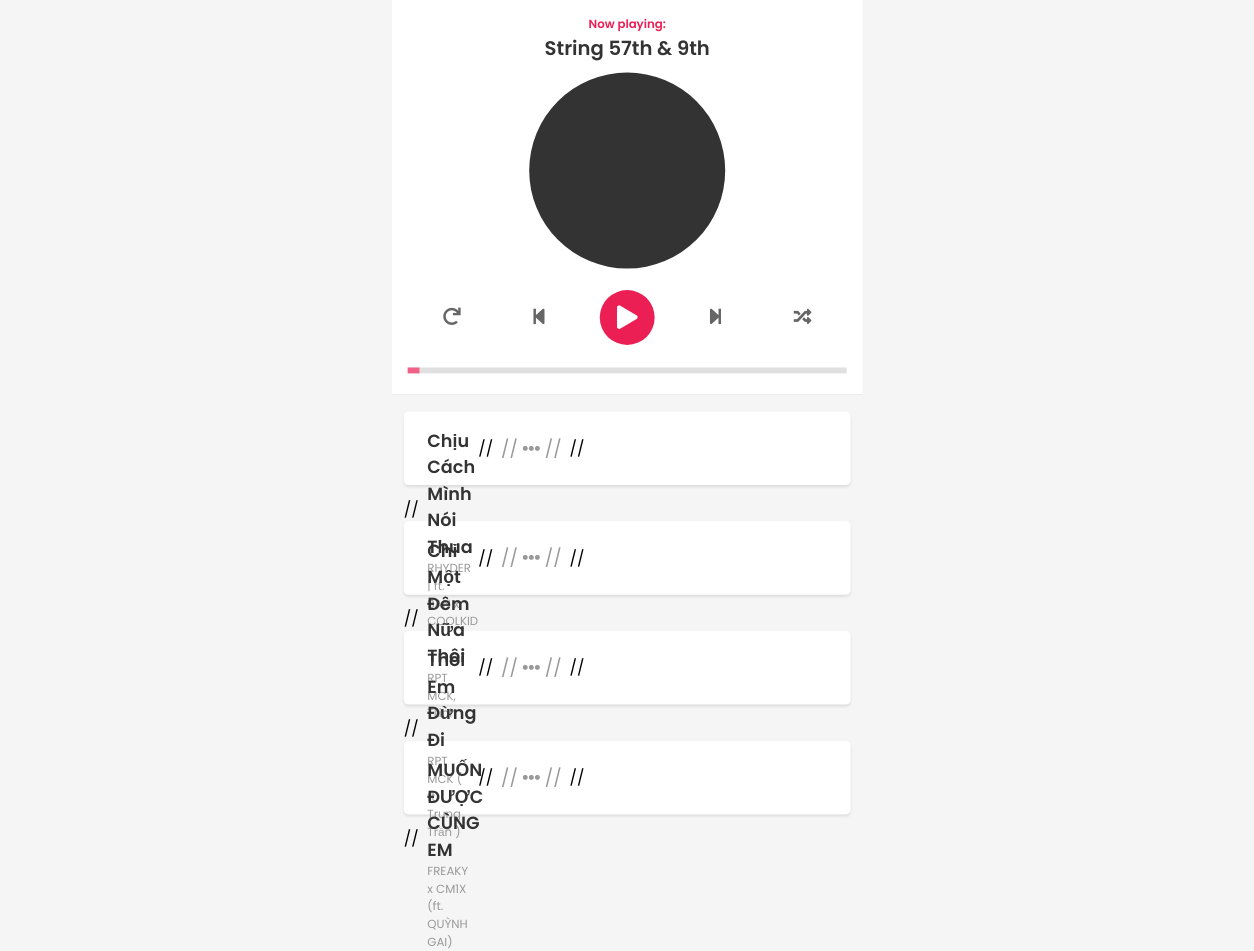
Repository: ChiNg22nd04/MusicPlayer
Page: index.html
The author's editor kept a copy of each file at every save. The page is drawn from the files as they stood at one save, then again after a run of saves.
The browser window is 1280 px wide. The pictures show the whole page, at 98% of full size.

Above is the page before, as saved 2023-12-29 22:08:37.

### index.html
<!DOCTYPE html>
<html lang="en">
<head>
    <meta charset="UTF-8">
    <meta name="viewport" content="width=device-width, initial-scale=1.0">
    <title>Music player</title>
    <link rel="stylesheet" href="https://cdnjs.cloudflare.com/ajax/libs/font-awesome/5.15.2/css/all.min.css" integrity="sha512-HK5fgLBL+xu6dm/Ii3z4xhlSUyZgTT9tuc/hSrtw6uzJOvgRr2a9jyxxT1ely+B+xFAmJKVSTbpM/CuL7qxO8w==" crossorigin="anonymous" />
    <link rel="preconnect" href="https://fonts.gstatic.com">
    <link href="https://fonts.googleapis.com/css2?family=Poppins:wght@300;400;600&display=swap" rel="stylesheet">
    <link rel="stylesheet" href="./assets/css/style.css">
</head>
<body>


<div class="player">
  <!-- Dashboard -->
  <div class="dashboard">
    <!-- Header -->
    <header>
      <h4>Now playing:</h4>
      <h2>String 57th & 9th</h2>
    </header>

    <!-- CD -->
    <div class="cd">
      <div class="cd-thumb">
      </div>
    </div>

    <!-- Control -->
    <div class="control">
      <div class="btn btn-repeat">
        <i class="fas fa-redo"></i>
      </div>
      <div class="btn btn-prev">
        <i class="fas fa-step-backward"></i>
      </div>
      <div class="btn btn-toggle-play">
        <i classa="fas fa-pause icon-pause"></i>
        <i class="fas fa-play icon-play"></i>
      </div>
      <div class="btn btn-next">
        <i class="fas fa-step-forward"></i>
      </div>
      <div class="btn btn-random">
        <i class="fas fa-random"></i>
      </div>
    </div>

    <input id="progress" class="progress" type="range" value="0" step="1" min="0" max="100">

    <audio id="audio" src=""></audio>
  </div>

  <!-- Playlist -->
  <div class="playlist">

  </div>
</div>
<script >
  const $ = document.querySelector.bind(document);
  const $$ = document.querySelectorAll.bind(document);
  const playList = $('.playlist');

  //! List bài hát
  const app = {
      listSong: [
          {
              name: 'Chịu Cách Mình Nói Thua',
              singer: 'RHYDER | ft. BAN x COOLKID ',
              path: './assets/music/ChiuCachMinhNoiThua-RHYDERCoolkidBAN-12449134.mp3',
              img:'./assets/img/ccmnt.jpeg',
          },
          {
              name: 'Chỉ Một Đêm Nữa Thôi',
              singer: 'RPT MCK, TLinh',
              path: './assets/music/ChiMotDemNuaThoi-MCK-8804087.mp3',
              img: './assets/img/cmdnt.jpeg',
          },
          {
              name: 'Thôi Em Đừng Đi',
              singer: 'RPT MCK ( ft. Trung Trần )',
              path: './assets/music/ThoiEmDungDi-MCK-8804088.mp3',
              img: './assets/img/tedd.jpeg',
          },
          {
              name: 'MUỐN ĐƯỢC CÙNG EM',
              singer: 'FREAKY x CM1X (ft. QUỲNH GAI)',
              path: './assets/music/MuonDuocCungEm-Freaky-6792500.mp3',
              img: './assets/img/mdce.jpeg',
          },
      ],
      render: function() {
          const htmls = this.listSong.map((song) => {
            return `
                  <div class="song">
                     <div class="thumb"

                <div class="body">
                  <h3 class="title">${song.name}</h3>
                    <p class="author">${song.singer}</p>
             </div>
              //         <div class="option">
              //             <i class="fas fa-ellipsis-h"></i>
              //         </div>
              //     </div>
              // `
              // return
              // `
              //     <div class="song">
              //         <div class="thumb"
              //             style="background-image: url('${song.img}');">
              //         </div>
              //         <div class="body">
              //             <h3 class="title">${song.name}</h3>
              //             <p class="author">${song.singer}</p>
              //         </div>
              //         <div class="option">
              //             <i class="fas fa-ellipsis-h"></i>
              //         </div>
              //     </div>
              // `
          })
          $('.playlist').innerHTML = htmls.join(' ');
      },
      start: function() {
          this.render()
      }
  }

  app.start();



</script>
<!-- Design from: https://static.collectui.com/shots/3671744/musicloud-revolutionary-app-for-music-streaming-large -->
</body>
</html>

### assets/css/style.css
:root {
    --primary-color: #ec1f55;
    --text-color: #333;
  }

  * {
    padding: 0;
    margin: 0;
    box-sizing: inherit;
  }

  body {
    background-color: #f5f5f5;
  }

  html {
    box-sizing: border-box;
    font-family: "Poppins", sans-serif;
  }

  .player {
    position: relative;
    max-width: 480px;
    margin: 0 auto;
  }

  .player .icon-pause {
    display: none;
  }

  .player.playing .icon-pause {
    display: inline-block;
  }

  .player.playing .icon-play {
    display: none;
  }

  .dashboard {
    padding: 16px 16px 14px;
    background-color: #fff;
    position: fixed;
    top: 0;
    width: 100%;
    max-width: 480px;
    border-bottom: 1px solid #ebebeb;
  }

  /* HEADER */
  header {
    text-align: center;
    margin-bottom: 10px;
  }

  header h4 {
    color: var(--primary-color);
    font-size: 12px;
  }

  header h2 {
    color: var(--text-color);
    font-size: 20px;
  }

  /* CD */
  .cd {
    display: flex;
    margin: auto;
    width: 200px;
  }

  .cd-thumb {
    width: 100%;
    padding-top: 100%;
    border-radius: 50%;
    background-color: #333;
    background-size: cover;
    margin: auto;
  }

  /* CONTROL */
  .control {
    display: flex;
    align-items: center;
    justify-content: space-around;
    padding: 18px 0 8px 0;
  }

  .control .btn {
    color: #666;
    padding: 18px;
    font-size: 18px;
  }

  .control .btn.active {
    color: var(--primary-color);
  }

  .control .btn-toggle-play {
    width: 56px;
    height: 56px;
    border-radius: 50%;
    font-size: 24px;
    color: #fff;
    display: flex;
    align-items: center;
    justify-content: center;
    background-color: var(--primary-color);
  }

  .progress {
    width: 100%;
    -webkit-appearance: none;
    height: 6px;
    background: #d3d3d3;
    outline: none;
    opacity: 0.7;
    -webkit-transition: 0.2s;
    transition: opacity 0.2s;
  }

  .progress::-webkit-slider-thumb {
    -webkit-appearance: none;
    appearance: none;
    width: 12px;
    height: 6px;
    background-color: var(--primary-color);
    cursor: pointer;
  }

  /* PLAYLIST */
  .playlist {
    margin-top: 408px;
    padding: 12px;
  }

  .song {
    display: flex;
    align-items: center;
    margin-bottom: 12px;
    background-color: #fff;
    padding: 8px 16px;
    border-radius: 5px;
    box-shadow: 0 2px 3px rgba(0, 0, 0, 0.1);
  }

  .song.active {
    background-color: var(--primary-color);
  }

  .song:active {
    opacity: 0.8;
  }

  .song.active .option,
  .song.active .author,
  .song.active .title {
    color: #fff;
  }

  .song .thumb {
    width: 44px;
    height: 44px;
    border-radius: 50%;
    background-size: cover;
    margin: 0 8px;
  }

  .song .body {
    flex: 1;
    padding: 0 16px;
  }

  .song .title {
    font-size: 18px;
    color: var(--text-color);
  }

  .song .author {
    font-size: 12px;
    color: #999;
  }

  .song .option {
    padding: 16px 8px;
    color: #999;
    font-size: 18px;
  }

After the next 3 saves:
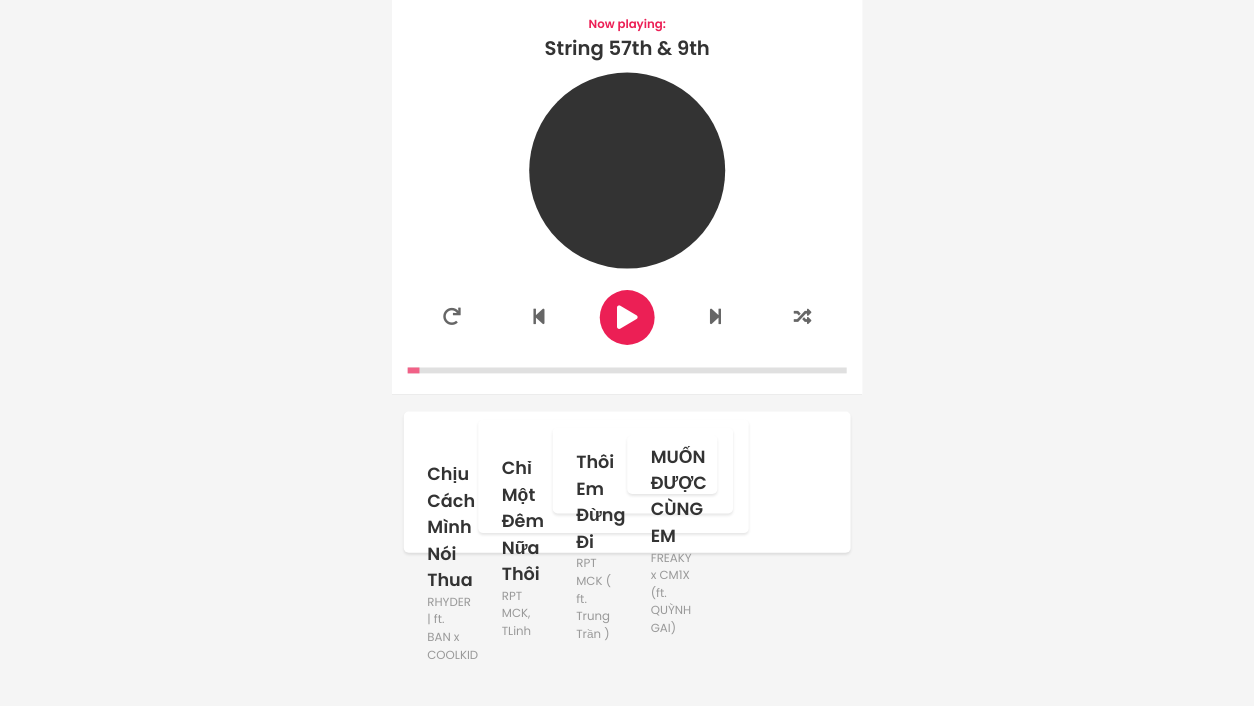
The 3 saves are shown as one change because they came seconds apart.
The last was saved 7 s later.
--- a/index.html
+++ b/index.html
@@ -99,12 +99,9 @@
                 <div class="body">
                   <h3 class="title">${song.name}</h3>
                     <p class="author">${song.singer}</p>
-             </div>
-              //         <div class="option">
-              //             <i class="fas fa-ellipsis-h"></i>
-              //         </div>
-              //     </div>
-              // `
+
+                </div>
+            `
               // return
               // `
               //     <div class="song">
